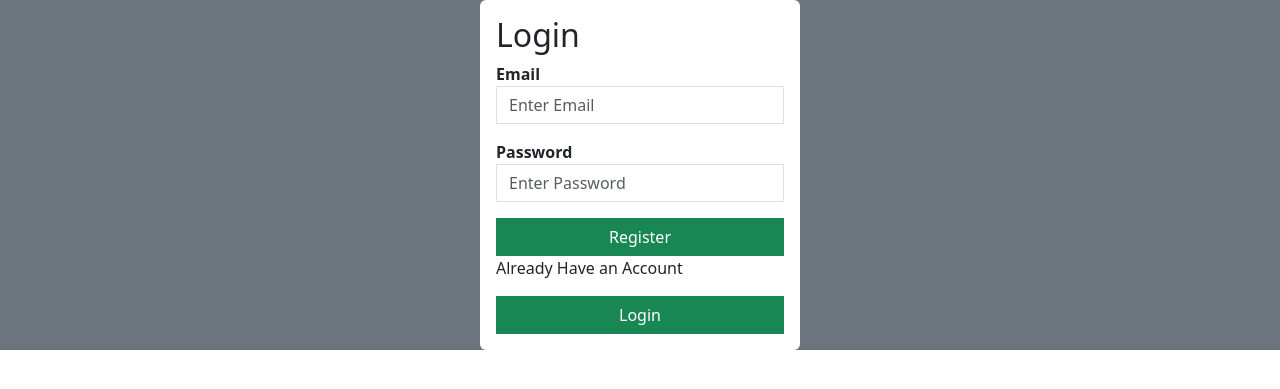
Repository: kapucuonur/LOGIN_REGISTER
Page: /login (app in client/)
An editor plug-in stored every save of this project. The page is shown before and after the next save, followed by the edit.
The browser window is 1280 px wide. The pictures show the whole page.
The project was rebuilt for these pictures with package versions that can differ from the ones it lists, and the page was loaded fresh each time. Also part of the build but not shown: client/vite.config.js, client/src/Signup.jsx, client/src/Home.jsx.

Above is the page before, as saved 2024-11-19 22:52:46.

After the next save:
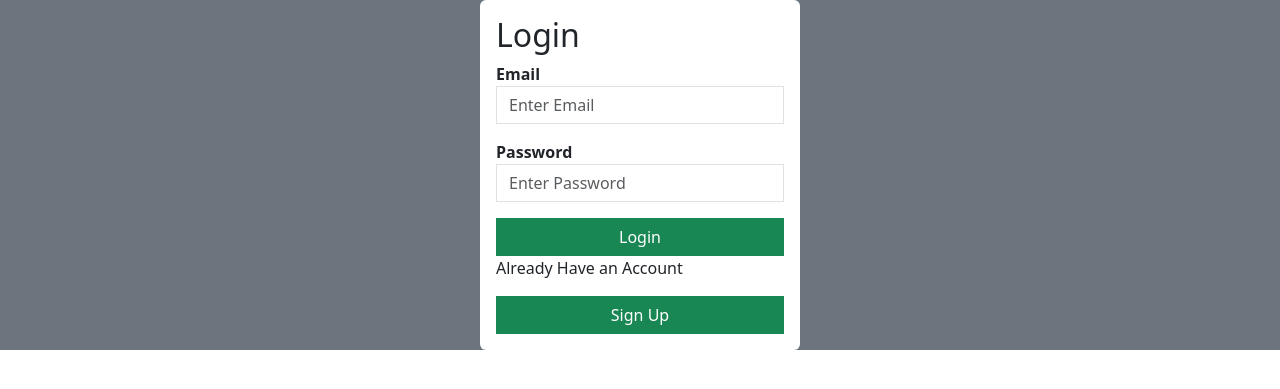
Saved 5 min 38 s later.
--- a/client/src/Login.jsx
+++ b/client/src/Login.jsx
@@ -57,12 +57,12 @@
                                     />
                                     </div>
                                     <button type="submit" className="btn btn-success w-100 rounded-0">
-                                        Register
+                                        Login
                                         </button>
                                         </form>
                                         <p>Already Have an Account</p>
                                         <Link to="/login" className="btn btn-success w-100 rounded-0">
-                                        Login
+                                        Sign Up
                                         </Link>
 
 
